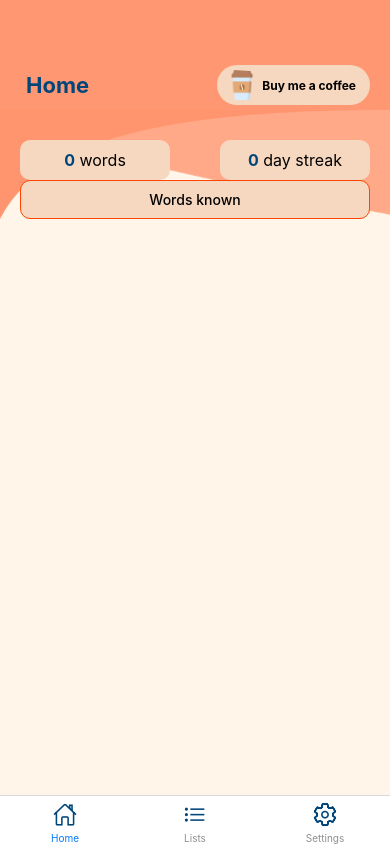
Repository: David-Waite/SpellingApp
Screen: /
An editor plug-in stored every save of this project. The screen is shown before and after a run of saves, followed by the edit.
The app was drawn by React Native's web renderer in a window 390 px wide. The project was rebuilt for these pictures with package versions that can differ from the ones it lists, and the page was loaded fresh each time. Also part of the build but not shown: screens/Settings.js, screens/SpellWord.js, screens/WordsLearnt.js, screens/WordListOverview.js, screens/WordLists.js, screens/Donate.js.

Above is the screen before, as saved 2023-06-22 22:26:57.

### App.js
import { NavigationContainer } from "@react-navigation/native";
import { StatusBar } from "expo-status-bar";
import { StyleSheet } from "react-native";
import { Ionicons } from "@expo/vector-icons";

import Home from "./screens/Home";
import Settings from "./screens/Settings";
import SpellWord from "./screens/SpellWord";
import WordsLearnt from "./screens/WordsLearnt";
import WordListOverview from "./screens/WordListOverview";
import WordLists from "./screens/WordLists";
import Donate from "./screens/Donate";

import { createStackNavigator } from "@react-navigation/stack";
import { createBottomTabNavigator } from "@react-navigation/bottom-tabs";
import { GlobalStyles } from "./constants/styles";

import CoffeeBtn from "./components/ui/CoffeeBtn";

const BottomTabs = createBottomTabNavigator();
const Stack = createStackNavigator();

function BottomTabsScreens() {
  return (
    <BottomTabs.Navigator>
      <BottomTabs.Screen
        name="Home"
        component={Home}
        headerShadowVisible={false}
        options={({ navigation }) => ({
          headerRight: () => (
            <CoffeeBtn
              onPress={() => {
                navigation.navigate("Donate");
              }}
            />
          ),
          title: "Home",
          tabBarLabel: "Home",
          headerTitleAlign: "left",
          headerShadowVisible: false,
          headerTitleStyle: {
            color: GlobalStyles.colors.accent500,
            fontSize: 22,
            marginLeft: 10,
            fontWeight: 700,
            marginBottom: -60,
          },
          headerStyle: {
            backgroundColor: GlobalStyles.colors.primary400,
            height: 110,
          },

          tabBarIcon: ({ color, size }) => (
            <Ionicons
              name="home-outline"
              size={size}
              color={GlobalStyles.colors.accent500}
            />
          ),
        })}
      />
      <BottomTabs.Screen
        name="WordLists"
        component={WordLists}
        options={{
          title: "Word Lists",
          tabBarLabel: "Lists",
          tabBarIcon: ({ color, size }) => (
            <Ionicons
              name="list-outline"
              size={size}
              color={GlobalStyles.colors.accent500}
            />
          ),
        }}
      />
      <BottomTabs.Screen
        name="Settings"
        component={Settings}
        options={{
          title: "Settings",
          tabBarLabel: "Settings",
          tabBarIcon: ({ color, size }) => (
            <Ionicons
              name="settings-outline"
              size={size}
              color={GlobalStyles.colors.accent500}
            />
          ),
        }}
      />
    </BottomTabs.Navigator>
  );
}
export default function App() {
  return (
    <>
      <StatusBar style="light" />
      <NavigationContainer>
        <Stack.Navigator>
          <Stack.Screen
            name="BottomTabsScreen"
            component={BottomTabsScreens}
            options={{ headerShown: false }}
          />
          <Stack.Screen
            name="WordsLearnt"
            component={WordsLearnt}
            options={{ presentation: "modal" }}
          />
          <Stack.Screen name="WordListOverview" component={WordListOverview} />
          <Stack.Screen
            name="SpellWord"
            component={SpellWord}
            options={{ presentation: "modal" }}
          />
          <Stack.Screen
            name="Donate"
            component={Donate}
            options={{ presentation: "modal" }}
          />
        </Stack.Navigator>
      </NavigationContainer>
    </>
  );
}

const styles = StyleSheet.create({
  container: {
    flex: 1,
    backgroundColor: "#fff",
    alignItems: "center",
    justifyContent: "center",
  },
});

### screens/Home.js
import { ImageBackground, Text, View } from "react-native";
import { Dimensions } from "react-native";

import { StyleSheet } from "react-native";
import { GlobalStyles } from "../constants/styles";

import WordsLearntCard from "../components/ui/WordsLearntCard";
import StatBtn from "../components/ui/Home/StatBtn";

const windowWidth = Dimensions.get("window").width;
const windowHeight = Dimensions.get("window").height;
const imageHeight = windowWidth / 3.5;

function Home({ navigation }) {
  return (
    <View style={styles.imageContainer}>
      <ImageBackground
        style={styles.ImageBackground}
        source={require("../images/SpellingAppHeaderBackground.png")}
      >
        <View style={styles.container}>
          <View style={styles.statContainer}>
            <StatBtn stat={0} text="words" />
            <StatBtn stat={0} text="day streak" />
          </View>
          <WordsLearntCard navigation={navigation} />
        </View>
      </ImageBackground>
    </View>
  );
}

export default Home;

const styles = StyleSheet.create({
  imageContainer: {
    flex: 1,
    backgroundColor: GlobalStyles.colors.background,
  },
  statContainer: {
    flexDirection: "row",
    justifyContent: "space-between",
  },
  container: {
    padding: 20,
    paddingTop: 30,
  },
  ImageBackground: {
    resizeMode: "contain",
    width: windowWidth,
    height: imageHeight,
  },
});

### constants/styles.js
export const GlobalStyles = {
  colors: {
    background: "#FFF6E9",
    primary50: "#FFF0E5",
    primary100: "#F6D7BF",
    primary100Dark: "#c7ad99",
    primary300: "#FFA989",
    primary400: "#FF9872",
    primary500: "#FF946E",
    primary800: "#FF4400",
    accent500: "#00467B",
    success500: "#0A8900",
    error500: "#FF0000",
  },
};

### components/ui/CoffeeBtn.js
import { Image } from "react-native";
import { StyleSheet } from "react-native";
import { Pressable } from "react-native";
import { View, Text } from "react-native";
import { GlobalStyles } from "../../constants/styles";

function CoffeeBtn({ onPress }) {
  return (
    <Pressable
      onPress={onPress}
      style={({ pressed }) => [styles.conatiner, pressed && styles.pressed]}
    >
      <View style={styles.layoutConatiner}>
        <Image
          style={styles.coffee}
          source={require("../../images/coffee-cup.png")}
        />
        <Text style={styles.text}>Buy me a coffee</Text>
      </View>
    </Pressable>
  );
}

export default CoffeeBtn;

const styles = StyleSheet.create({
  conatiner: {
    backgroundColor: GlobalStyles.colors.primary100,
    borderRadius: 20,
    paddingLeft: 10,
    paddingRight: 14,
    paddingVertical: 5,
    marginRight: 20,
    marginBottom: -60,
  },
  layoutConatiner: {
    flexDirection: "row",
    alignItems: "center",
    gap: 5,
  },
  text: {
    fontSize: 12,
    fontWeight: 700,
  },
  coffee: {
    width: 30,
    height: 30,
  },
  pressed: {
    backgroundColor: GlobalStyles.colors.primary100Dark,
    borderRadius: 20,
  },
});

### components/ui/WordsLearntCard.js
import { Text, StyleSheet } from "react-native";

import { GlobalStyles } from "../../constants/styles";
import { Pressable } from "react-native";
import { View } from "react-native";

function WordsLearntCard({ navigation }) {
  return (
    <Pressable onPress={() => navigation.navigate("WordsLearnt")}>
      <View style={styles.container}>
        <Text style={styles.WordsKnownText}>Words known</Text>
      </View>
    </Pressable>
  );
}

export default WordsLearntCard;

const styles = StyleSheet.create({
  container: {
    backgroundColor: GlobalStyles.colors.primary100,
    paddingHorizontal: 10,
    paddingVertical: 10,
    borderRadius: 10,
    borderColor: GlobalStyles.colors.primary800,
    borderWidth: 1,
  },
  WordsKnownText: {
    textAlign: "center",
    fontWeight: "500",
  },
  pressed: {
    opacity: 0.75,
  },
});

### components/ui/Home/StatBtn.js
import { StyleSheet } from "react-native";
import { Text, View } from "react-native";
import { GlobalStyles } from "../../../constants/styles";

function StatBtn({ stat, text }) {
  return (
    <View style={styles.container}>
      <Text style={styles.stat}>
        {stat}
        <Text style={styles.text}> {text}</Text>
      </Text>
    </View>
  );
}

export default StatBtn;

const styles = StyleSheet.create({
  container: {
    flexDirection: "row",
    gap: 10,
    backgroundColor: GlobalStyles.colors.primary100,
    borderRadius: 10,
    paddingHorizontal: 10,
    paddingVertical: 10,
    minWidth: 150,
    justifyContent: "center",
  },
  stat: {
    fontSize: 16,
    color: GlobalStyles.colors.accent500,
    fontWeight: "bold",
  },
  text: {
    color: "black",
    fontWeight: 400,
  },
});

After the next 3 saves:
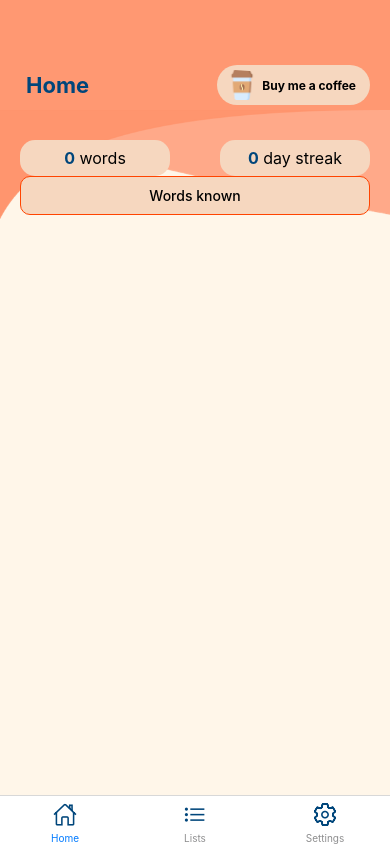
The 3 saves are shown as one change because they came seconds apart.
The last was saved 9 s later.
--- a/components/ui/Home/StatBtn.js
+++ b/components/ui/Home/StatBtn.js
@@ -20,9 +20,9 @@ const styles = StyleSheet.create({
     flexDirection: "row",
     gap: 10,
     backgroundColor: GlobalStyles.colors.primary100,
-    borderRadius: 10,
+    borderRadius: 15,
     paddingHorizontal: 10,
-    paddingVertical: 10,
+    paddingVertical: 8,
     minWidth: 150,
     justifyContent: "center",
   },
